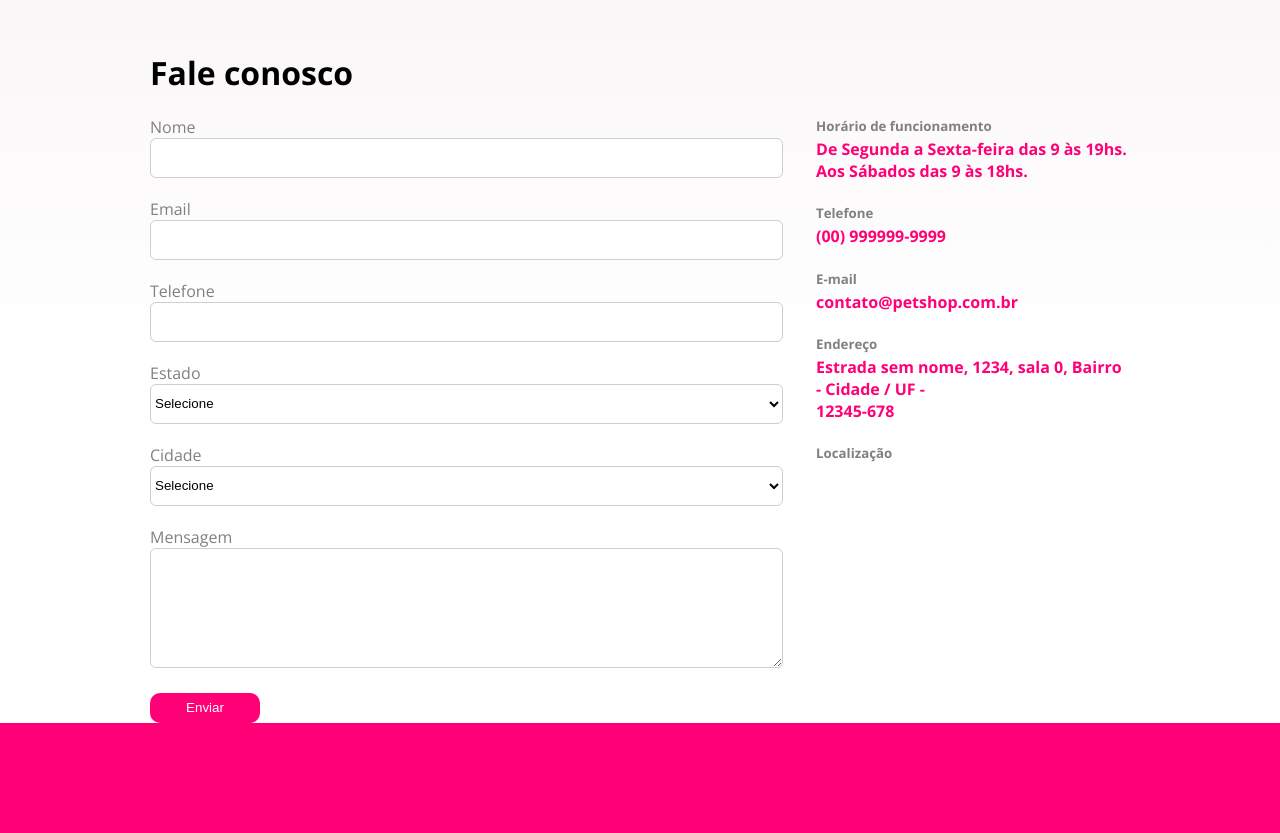
Repository: Carolden/ProhetoPetShop
Page: faleconosco.html
These files come from the project's save history. The page is drawn as it stood at one moment and after the next save; the edit follows.
The browser window is 1280 px wide. The pictures show the part of the page from y = 270 to 1103 px (the page is 1784 px tall).
Pictures or frames that could not be fetched are drawn as grey boxes. A picture or video elsewhere on the page could not be fetched, so the positions and the page height are approximate.

Above is the page before, as saved 2023-05-02 13:48:27.

### faleconosco.html
<!DOCTYPE html>
<html lang="pt-BR">
<head>
    <meta charset="UTF-8">
    <meta http-equiv="X-UA-Compatible" content="IE=edge">
    <meta name="viewport" content="width=device-width, initial-scale=1.0">
    <title>Pet&Shop</title>
    <link rel="stylesheet" href="faleconosco.css">
    <link rel="stylesheet" href="https://cdnjs.cloudflare.com/ajax/libs/font-awesome/6.4.0/css/all.min.css">
    <link rel="preconnect" href="https://fonts.googleapis.com">
    <link rel="preconnect" href="https://fonts.gstatic.com" crossorigin>
    <link href="https://fonts.googleapis.com/css2?family=Open+Sans:wght@300;400;500;600;700;800&display=swap" rel="stylesheet">
</head>
<body>

    <header>

        <div class="headerrow">
            <div class="headercolumn">
                <img src="Imagens/logo-colored.svg" alt="logo" class="logocolored">
            </div>

            <div>
                <nav class="menu">
                    <a href="index.html">Home</a>
                    <a href="sobre.html">Sobre</a>
                    <a href="produtos.html">Produtos</a>
                    <a href="servicos.html">Serviços</a>
                    <a href="faleconosco.html" class="active">Fale Conosco</a>
                </nav>
            </div>
        </div>


    </header>

    <div class="row">

        <div class="column-form">
            <h1>Fale conosco</h1>

            <form action="">

                <label for="nome">Nome</label><br>
                <input id="nome" type="text" class="input">

                <br>

                <label for="email">Email</label><br>
                <input id="email" required type="email" class="input">

                <br>

                <label for="telefone">Telefone</label><br>
                <input id="telefone" type="tel" class="input">

                <br>

                <label for="estado">Estado</label><br>
                <select name="estado" id="estado" class="input"><br>
                    <option value="" class="selecione" selected disabled>Selecione</option>
                    <option value="RS">RS</option>
                    <option value="SC">SC</option>
                    <option value="PR">PR</option>
                    <option value="SP">SP</option>
                </select>

                <br>

                <label for="cidade">Cidade</label><br>
                <select name="cidade" id="cidade" class="input"><br>
                    <option value="" class="selecione" selected disabled>Selecione</option>
                    <option value="Lajeado">Lajeado</option>
                    <option value="Estrela">Estrela</option>
                    <option value="Arroio do Meio">Arroio do Meio</option>
                    <option value="Encantado">Encantado</option>
                </select>

                <br>

                <label for="msg">Mensagem</label><br>
                <textarea id="msg" class="textarea"></textarea>



            </form>

        <button class="button">Enviar</button>
        </div>

        <div class="column-contact">

            <h5>Horário de funcionamento</h5>

            <p class="paragrafo">
                De Segunda a Sexta-feira das 9 às 19hs.<br>
                Aos Sábados das 9 às 18hs.
            </p>

            <h5>Telefone</h5>

            <p class="paragrafo">(00) 999999-9999</p>

            <h5>E-mail</h5>

            <p class="paragrafo">contato@petshop.com.br</p>

            <h5>Endereço</h5>

            <p class="paragrafo">Estrada sem nome, 1234, sala 0, Bairro - Cidade / UF - <br>12345-678</p>

            <h5>Localização</h5>

            <iframe src="https://www.google.com/maps/embed?pb=!1m18!1m12!1m3!1d55589.24342204414!2d-51.98315523368739!3d-29.448439431749712!2m3!1f0!2f0!3f0!3m2!1i1024!2i768!4f13.1!3m3!1m2!1s0x951c618a53718fdf%3A0x70b8ec4ae586d3b8!2sUnivates!5e0!3m2!1spt-BR!2sbr!4v1683042701332!5m2!1spt-BR!2sbr" width="600" height="450" style="border:0;" allowfullscreen="" loading="lazy" referrerpolicy="no-referrer-when-downgrade" class="mapa"></iframe>


        </div>
    </div>




















    <footer class="footer">


        <div>
            <img src="Imagens/logo-white.svg" alt="logo" class="logofooter">
        </div>

        <div class="footerrow">

        <div class="footercolumn">
            <h4 class="contato">Contato</h4>
            <p class="contato">
                Estrada sem nome, 1234, Sala 0<br>
                Bairro - Cidade / UF<br>
                12345-678<br>
                <b>(00) 99999-9999<br>
                contato@petshop.com.br<br></b>
            </p>
        </div>


        <div class="footercolumn">
            <h4 class="horario">Horário de funcionamento</h4>
            <p class="horario">
                De Segunda a Sexta-feira das 9 às 19hs.<br>
                Aos Sábados das 9 às 18hs.
            </p>
        </div>


        <div class="footercolumn">
            <h4 class="socialmedia">Siga-nos</h4>
            <i class="fa-brands fa-facebook-f"></i>
            <i class="fa-brands fa-instagram"></i>
            <i class="fa-brands fa-tiktok"></i>
            <i class="fa-brands fa-twitter"></i>
            <i class="fa-brands fa-youtube"></i>
        </div>

        </div>

        <hr class="copy-line">

        <div class="devdbycrie">
            <p>© 2022 pet&shop | Todos os direitos reservados. Desenvolvido por Crie_TI</p>
        </div>


    </footer>











</body>
</html>

### faleconosco.css
@import url('https://fonts.googleapis.com/css2?family=Open+Sans:wght@300&display=swap');


body {
    margin: 0;
    border: 0;
    font-family: 'Open Sans', sans-serif;
    overflow-x: hidden;
}

/* HEADER */

.logocolored {
    width: 300px;
}

.headerrow {
    display: flex;
    width: 100%;
    align-items: center;
    padding-top: 10px;
    padding-bottom: 10px;
}

.menu a {
    text-decoration: none;
    padding: 12px;
    color: #382c32;
    font-weight: 600;
    font-size: 18px;
}

a.active {
    color: white;
    background-color: #FF0077;;
    padding-top: 100%;
    padding-bottom: 33px;
}

a.active:hover {
    color: white
}

a:hover {
    color: #FF0077;;
}

.headercolumn {
    width: 50%;
    padding-left: 150px;
}

/* CONTATO */

.row {
    width: 100%;
    display: flex;
    padding-top: 50px;
    background-image: linear-gradient(0, #ffffff 0, #ffffff 50%, #faf6f7 100%);

}

.column-form {
    width: 60%;
    padding-left: 150px;
}

.column-contact {
    width: 40%;
    box-sizing: border-box;
    padding-right: 150px;
}

.input {
    width: 95%;
    height: 40px;
    box-sizing: border-box;
    background-color: white;
    border-radius: 6px;
    margin-bottom: 20px;
    box-shadow: none;
    border: 1px solid #cecece;
}

.textarea {
    width: 95%;
    height: 120px;
    box-sizing: border-box;
    background-color: white;
    border-radius: 6px;
    box-shadow: none;
    border: 1px solid #cecece;
}

label {
    color: gray;
}

.button {
    color: white;
    background-color: #FF0077;
    border-radius: 10px;
    width: 110px;
    height: 30px;
    border: none;
    margin-top: 20px;
}

.column-contact h5 {
    color: gray;
    margin-bottom: 3px;
}

.paragrafo {
    margin-top: 3px;
    margin-bottom: 5px;
}

.column-contact {
    padding-top: 65px;
}

.mapa {
    height: 227px;
    width: 80%;
}

.paragrafo:not(:first-child) {
    color: #FF0077;
    font-weight: bold;
}














/* FOOTER */

.footerrow {
    display: flex;
    padding-bottom: 60px;
}

.logofooter {
    width: 300px;
}

.footer {
    background-color: #FF0077;
    width: 100%;
    padding: 130px 230px 80px 230px;
    box-sizing: border-box;
    color: white;
}

.footer h4 {
    font-size: 18px;
}

.footercolumn {
    width: 33.33%;
    align-items: center;
    text-align: right;
    font-size: 16px;
}

.contato {
    text-align: left;
}

.horario {
    text-align: center;
}

.socialmedia {
    text-align: right;
}

.footercolumn i {
    padding: 10px;
    font-size: 30px;
}

.copy-line {
    color: #ffd8ea;
    opacity: 30%;
}

.devdbycrie {
    text-align: center;
    font-size: 18px;
    padding-top: 15px;
}

.footercolumn i:hover {
    transform: scale(1.5) rotate(10deg);
}

After the next save:
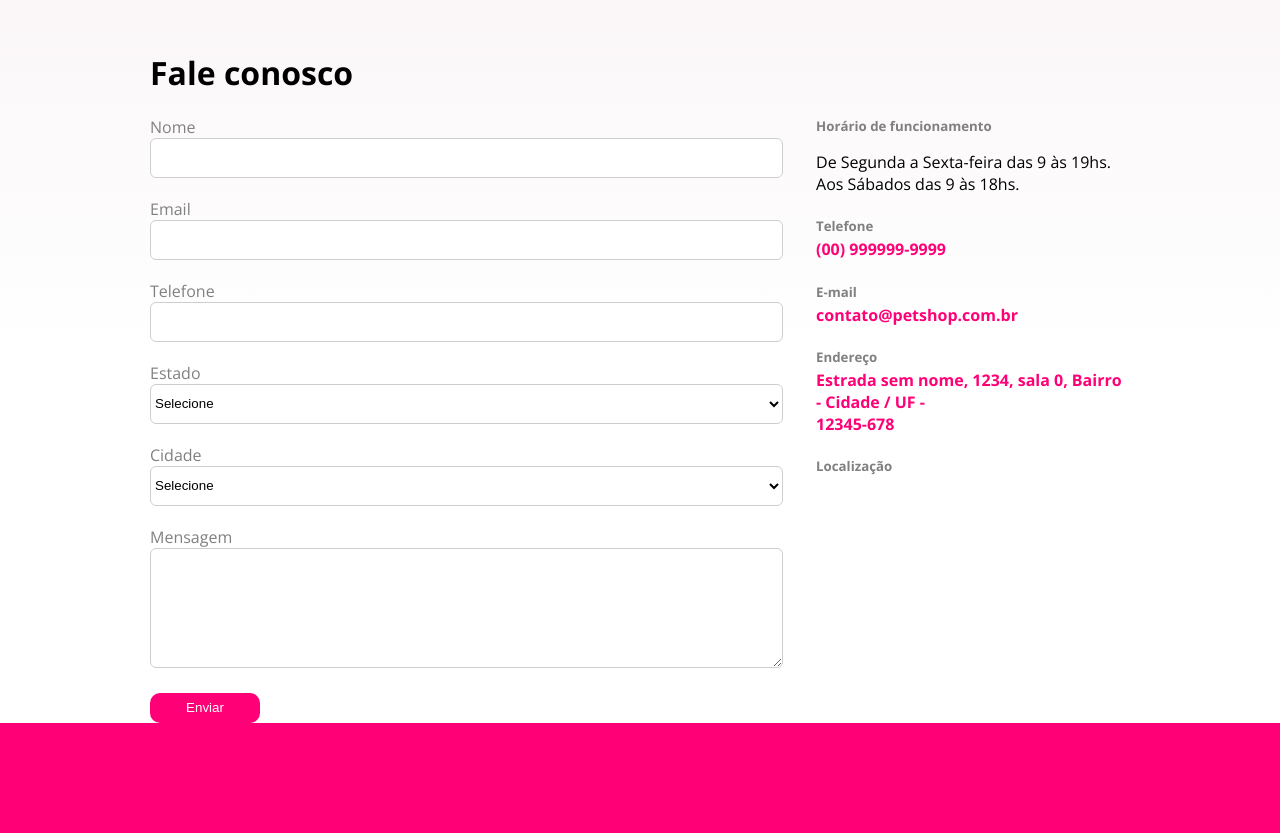
Saved 59 s later.
--- a/faleconosco.html
+++ b/faleconosco.html
@@ -92,7 +92,7 @@
 
             <h5>Horário de funcionamento</h5>
 
-            <p class="paragrafo">
+            <p class="paragrafo-1">
                 De Segunda a Sexta-feira das 9 às 19hs.<br>
                 Aos Sábados das 9 às 18hs.
             </p>
